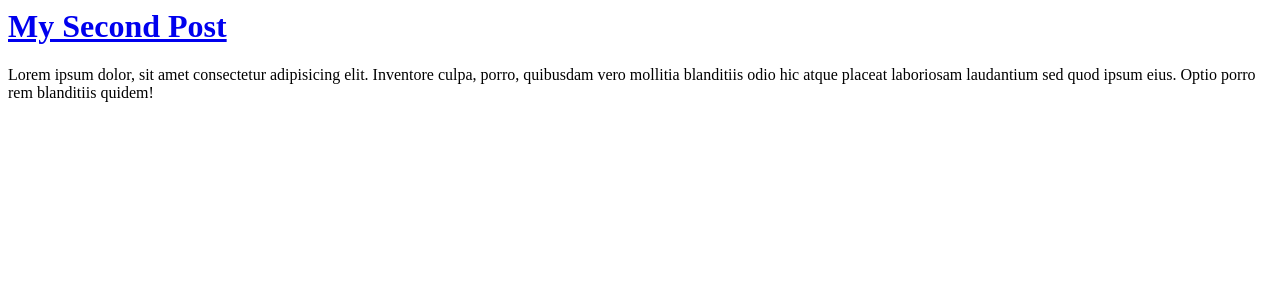
Repository: RaquelAlvarezz/example-app
Page: resources/posts/my-second-post.html
The author's editor kept a copy of each file at every save. The page is drawn from the files as they stood at one save, then again after the next save.
The browser window is 1280 px wide. The pictures show the whole page.

Above is the page before, as saved 2022-02-14 13:21:05.

After the next save:
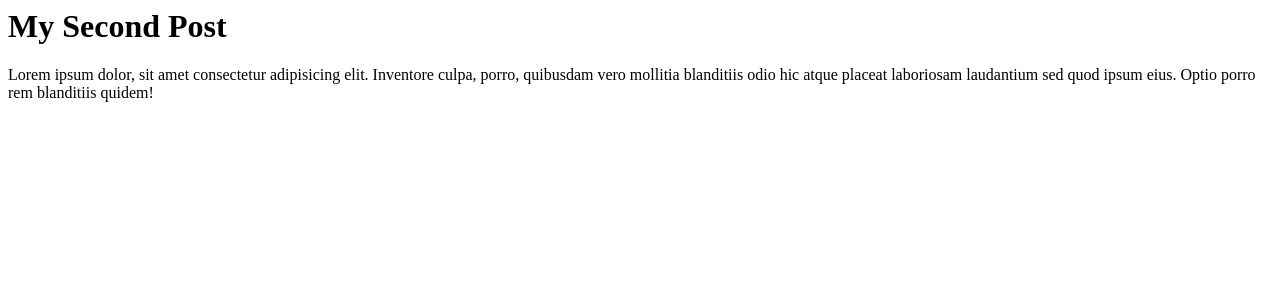
Saved 14 s later.
--- a/resources/posts/my-second-post.html
+++ b/resources/posts/my-second-post.html
@@ -1,3 +1,3 @@
 
-    <h1><a href="/post">My Second Post</a></h1>
+    <h1>My Second Post</h1>
 <p>Lorem ipsum dolor, sit amet consectetur adipisicing elit. Inventore culpa, porro, quibusdam vero mollitia blanditiis odio hic atque placeat laboriosam laudantium sed quod ipsum eius. Optio porro rem blanditiis quidem!</p>
